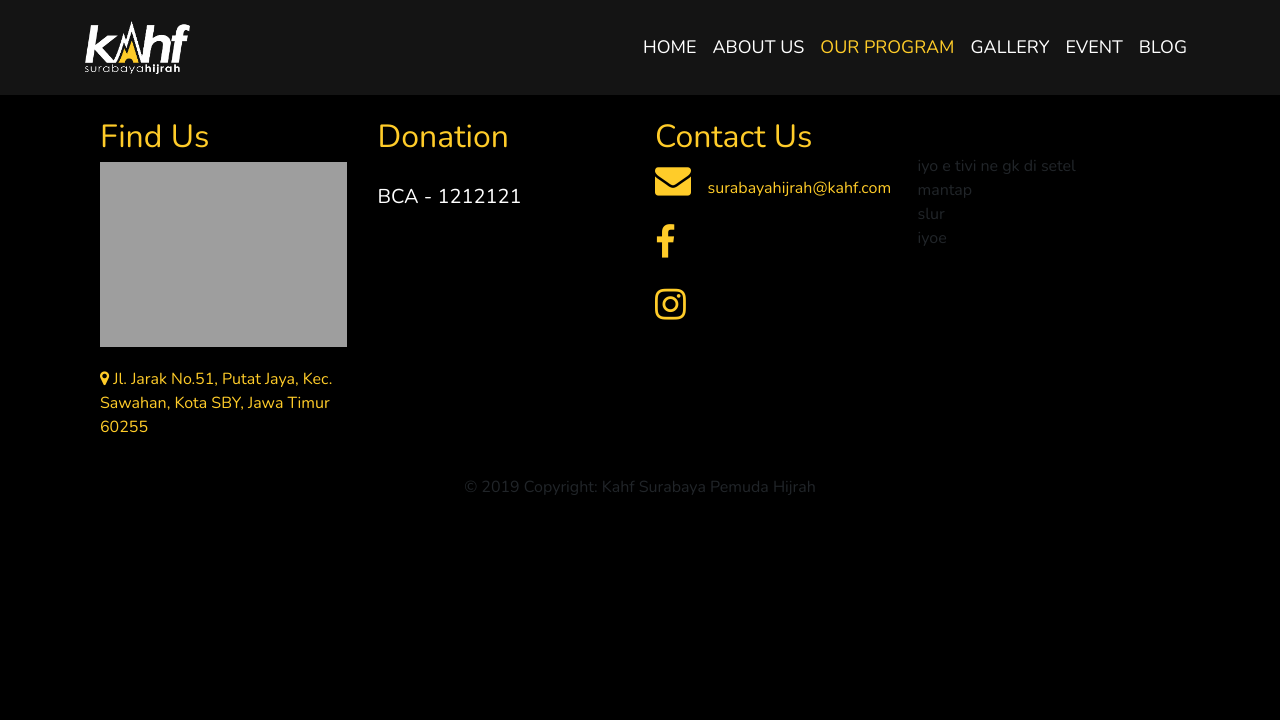
Repository: shandytp/surabaya-hijrah
Page: http://localhost/ourprogram.php
An editor plug-in stored every save of this project. The page is shown before and after the next save, followed by the edit.
The browser window is 1280 px wide. The pictures show the whole page.
Pictures or frames that could not be fetched are drawn as grey boxes. Some web libraries are served in a nearby version. The page is run by PHP 8.4 with error messages shown; the project is at /var/www/html/.

Above is the page before, as saved 2019-08-20 16:51:09.
Console error: TypeError: Cannot read properties of undefined (reading 'fn')

After the next save:
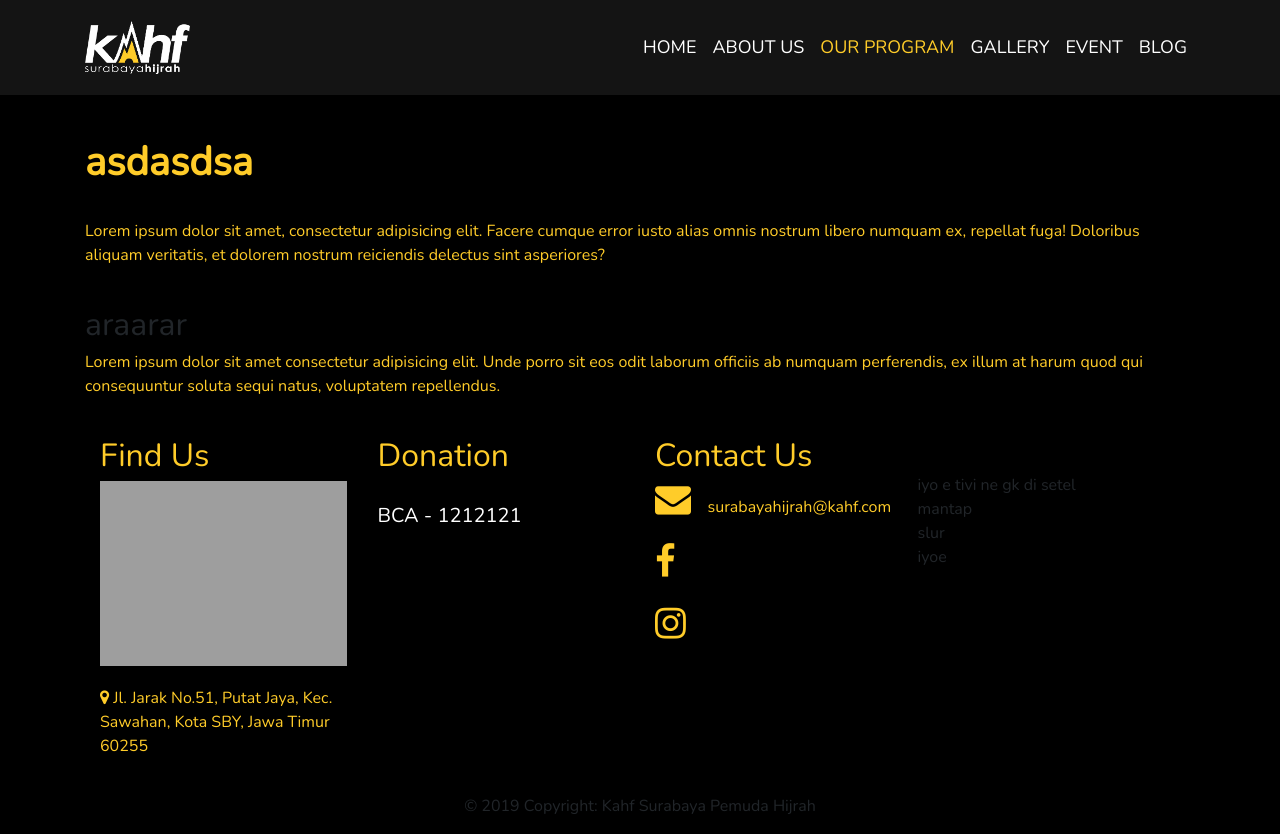
Saved 40 s later.
--- a/ourprogram.php
+++ b/ourprogram.php
@@ -87,6 +87,11 @@
     <!-- Program -->
     <div class="container">
       <div class="content">
+        <h1>asdasdsa</h1>
+        <p>Lorem ipsum dolor sit amet, consectetur adipisicing elit. Facere cumque error iusto alias omnis nostrum libero numquam ex, repellat fuga! Doloribus aliquam veritatis, et dolorem nostrum reiciendis delectus sint asperiores?</p>
+        <br>
+        <h2>araarar</h2>
+        <p>Lorem ipsum dolor sit amet consectetur adipisicing elit. Unde porro sit eos odit laborum officiis ab numquam perferendis, ex illum at harum quod qui consequuntur soluta sequi natus, voluptatem repellendus.</p>
         <div class="right-sidebar">
           <ul>iyo e tivi ne gk di setel
             <li>mantap</li>
